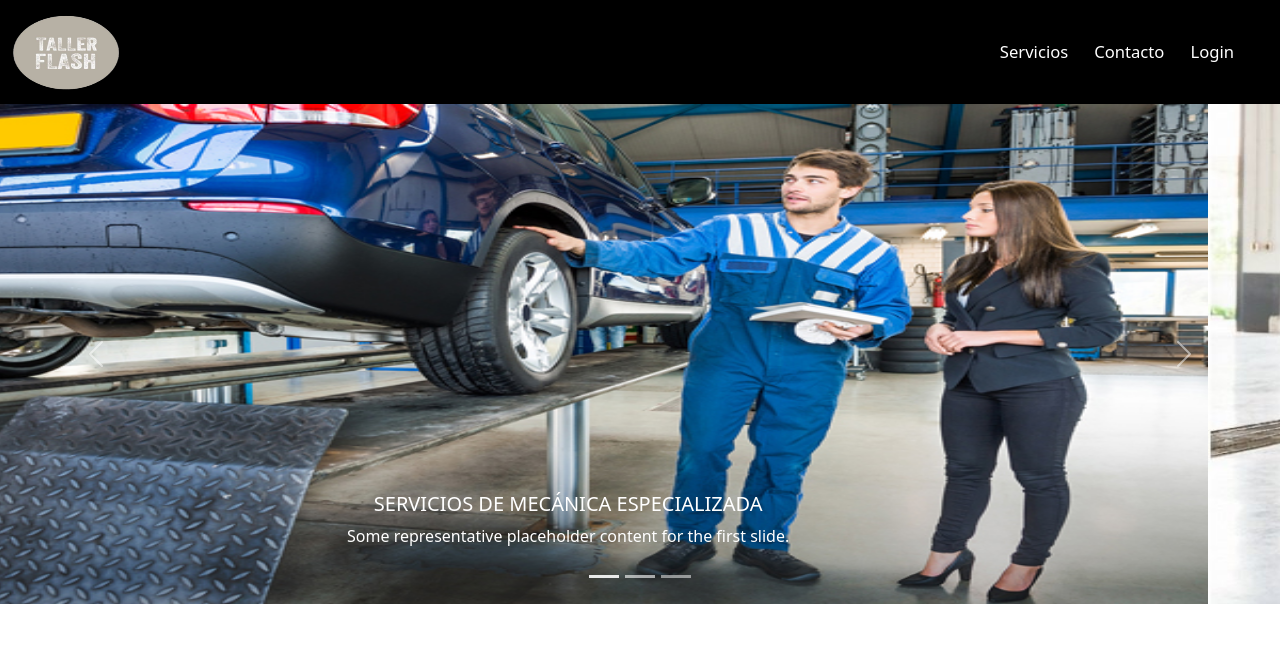
Repository: nder1996/Boostrap.Taller.Arquitectura
Page: Index.html
The author's editor kept a copy of each file at every save. The page is drawn from the files as they stood at one save, then again after the next save.
The browser window is 1280 px wide. The pictures show the whole page.

Above is the page before, as saved 2021-07-23 06:04:20.

After the next save:
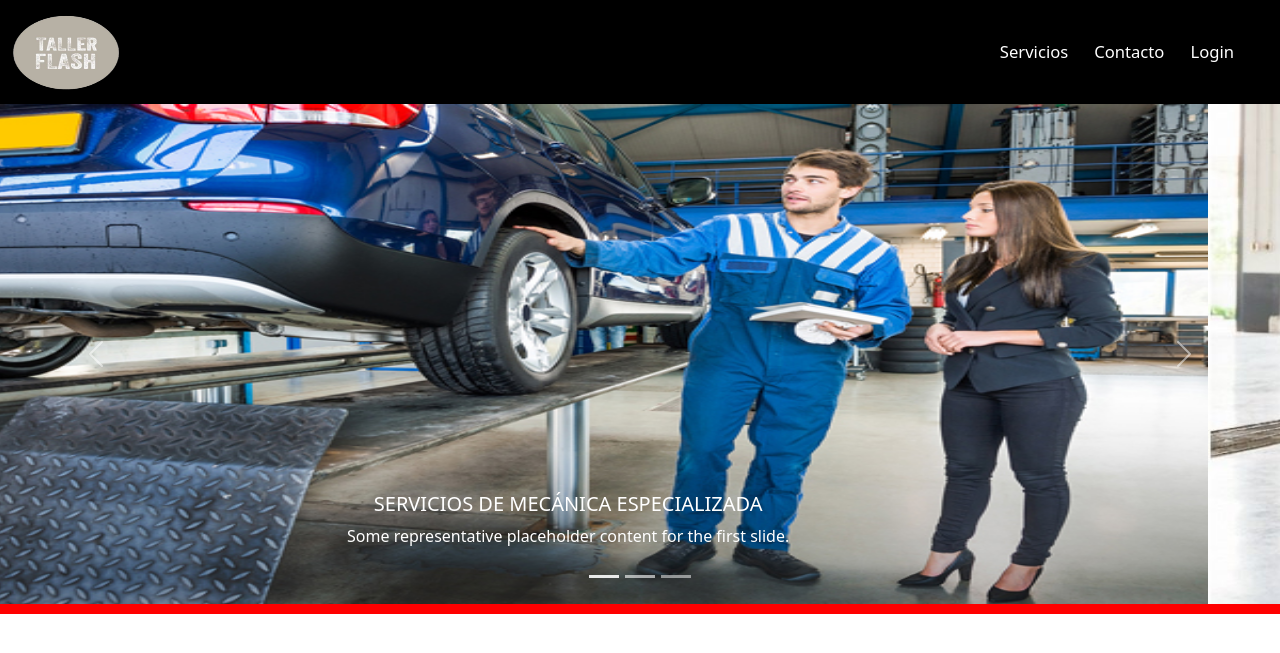
Saved 10 s later.
--- a/css/style.css
+++ b/css/style.css
@@ -27,5 +27,5 @@ nav li a{
 
 .Servicios{
     position:relative;
-
+    border:5px solid red;
 }
